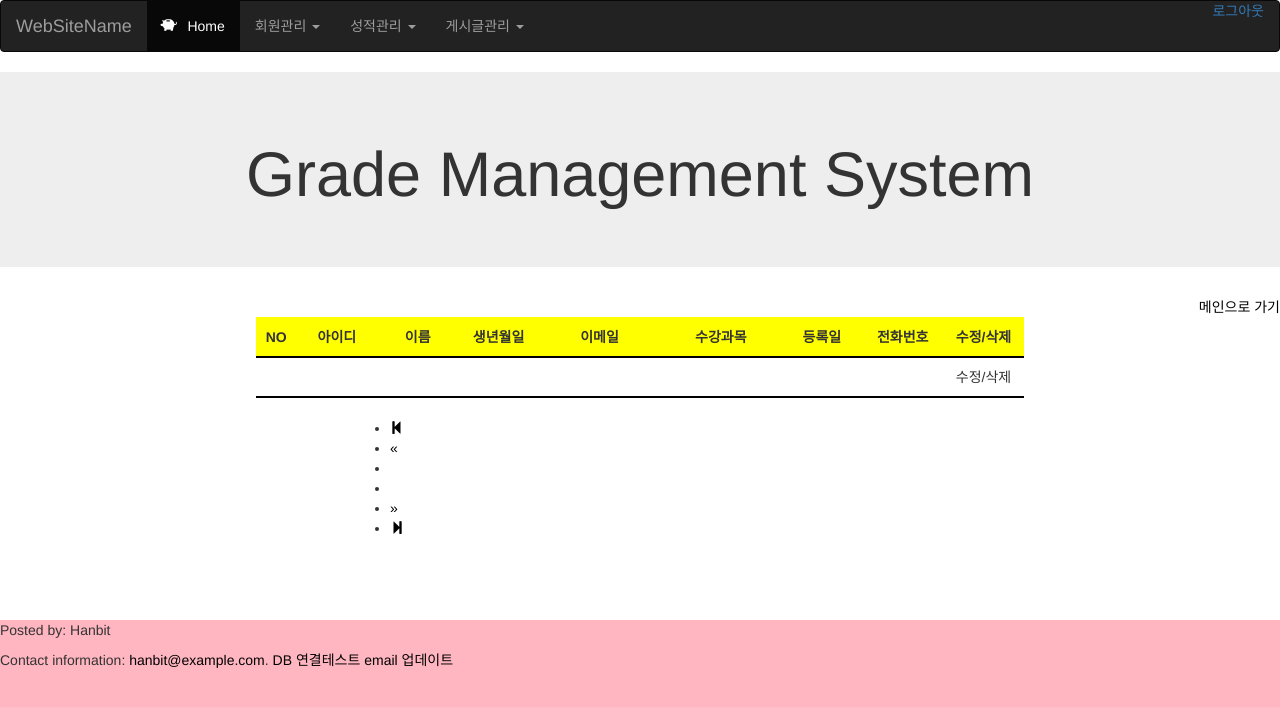
Repository: jeonghyunseok/GMSUI
Page: http://localhost/GMS2/WEB-INF/view/member/member_list.jsp
An editor plug-in stored every save of this project. The page is shown before and after the next save, followed by the edit.
The browser window is 1280 px wide. The pictures show the whole page.
Some web libraries are served in a nearby version. The page is served by Tomcat 9. Nobody is signed in. Other server files are loaded and not shown. The template is opened directly, without the code that normally fills it, so the values that code supplies are empty.

Above is the page before, as saved 2017-08-21 06:54:42.

### GMS2/WebContent/WEB-INF/view/member/member_list.jsp
<%@ page language="java" contentType="text/html; charset=UTF-8"
	pageEncoding="UTF-8"%>

<jsp:include page="../common/common_head.jsp"/>

<div id="container">
	<table id="member_list_tab">
		<tr>
		<th style="width: 5%;">NO</th>
		<th style="width: 10%;">아이디</th>
		<th style="width: 10%;">이름</th>
		<th style="width: 10%;">생년월일</th>
		<th style="width: 15%;">이메일</th>
		<th style="width: 15%;">수강과목</th>
		<th style="width: 10%;">등록일</th>
		<th style="width: 10%;">전화번호</th>
		<th style="width: 10%;">수정/삭제</th>
		</tr>
		<c:forEach var="i" items="${requestScope.list}">
		<tr>
		<td>${i.num}</td>
		<td>${i.id}</td>
		<td >${i.name}</td>
		<td >${i.ssn }</td>
		<td >${i.email}</td>
		<td >${i.title}</td>
		<td >${i.regdate }</td>
		<td >${i.phone }</td>
		<td>수정/삭제</td>
		</tr>
		</c:forEach>
		</table>
		<nav aria-label="Page navigation" style="width: 500px; margin: 0 auto;">
	  <ul class="pagination">
	   <c:if test="${requestScope.prevBlock gt 0}">
	     <li><a href="#"><span class="glyphicon glyphicon-step-backward" aria-hidden="true"></span></a></li>
	    	    <li>
	      <a href="#" aria-label="Previous">
	        <span aria-hidden="true">&laquo;</span>
	      </a>
	    </li>
	    </c:if>
	    <c:forEach varStatus="i" begin="${requestScope.startPage}" end="${requestScope.endPage}" step="1">
	        <c:choose  >

         <c:when  test="${i.index eq requestScope.pageNumber}">
         <li  class="active"><a href="#">${i.index}</a></li>
     	 </c:when>

            <c:otherwise>
          <li ><a onclick="list('member','member_list',${i.index})" >${i.index}</a></li>
     		</c:otherwise>
              </c:choose>

	      </c:forEach>
		<c:if test="${requestScope.nextBlock le requestScope.theNumberOfPages}">
	    <li>
	      <a href="#" aria-label="Next">
	      <span aria-hidden="true">&raquo;</span>
	      </a>
	     </li>
	      <li><a href="#"> <span class="glyphicon glyphicon-step-forward" aria-hidden="true"></span></a></li>
	  </c:if>
	  </ul>
	</nav>
</div>

<jsp:include page="../common/footer.jsp"></jsp:include>

### GMS2/WebContent/WEB-INF/view/common/common_head.jsp
<%@ page language="java" contentType="text/html; charset=UTF-8" pageEncoding="UTF-8"%>

<!DOCTYPE html>
<html>
<head>
<meta charset="UTF-8" name="viewport"
	content="width=device-width, initial-scale=1.0">
<title>Student detail</title>

<link rel="stylesheet" href="${ctx}/resources/css/common.css" />
<link rel="stylesheet" href="${ctx}/resources/css/member.css" />
 <link rel="stylesheet" href="https://maxcdn.bootstrapcdn.com/bootstrap/3.3.7/css/bootstrap.min.css">

 <script src="https://ajax.googleapis.com/ajax/libs/jquery/3.2.0/jquery.min.js"></script>
 <script src="https://maxcdn.bootstrapcdn.com/bootstrap/3.3.7/js/bootstrap.min.js"></script>
</head>
<body>
	<div id="wrapper">
		<header>
	    <jsp:include page="navbar.jsp"></jsp:include>
		<div class="jumbotron text-center">
		<h1>Grade Management System</h1>
        </div>
		</header>
	<a id="go_main" href="/index.jsp">메인으로 가기</a><br />

### GMS2/WebContent/WEB-INF/view/common/navbar.jsp
<%@ page language="java" contentType="text/html; charset=UTF-8" pageEncoding="UTF-8"%>
<nav class="navbar navbar-inverse">
  <div class="container-fluid">
    <div class="navbar-header">
      <a class="navbar-brand" href="#">WebSiteName</a>
    </div>
  	  <ul class="nav navbar-nav">
  	   <li class="active"><a id="nav_move"><span class="glyphicon glyphicon-piggy-bank"></span> &nbsp; Home</a></li>

		<li class="dropdown">
      <a href="#" class="dropdown-toggle"
      	data-toggle="dropdown" role="button"
      	aria-haspopup="true"
      	aria-expanded="false">회원관리 <span class="caret">
      	</span></a>

      	<ul id="navbar_drop_stu" >
   		<li><a >학생추가</a></li>
   		<li><a >학생목록</a></li>
   		<li><a >학생조회</a></li>
   		<li ></li>
   		<li><a >학생삭제</a></li>
      	</ul>
      	</li>

      	<li class="dropdown">
      <a href="#" class="dropdown-toggle"
      	data-toggle="dropdown" role="button"
      	aria-haspopup="true"
      	aria-expanded="false">성적관리 <span class="caret">
      	</span></a>
      	<ul id="navbar_drop_grade">
   		<li><a >성적추가</a></li>
   		<li><a >성적목록</a></li>
   		<li><a >성적조회</a></li>
   		<li ></li>
   		<li><a >성적 삭제</a></li>
      	</ul>
      	</li>

      	<li class="dropdown">
       <a href="#" class="dropdown-toggle"
       	data-toggle="dropdown" role="button"
      	aria-haspopup="true"
      	aria-expanded="false">게시글관리 <span class="caret">
      	</span></a>
      	<ul id="navbar_drop_board" >
   		<li><a >게시글추가</a></li>
   		<li><a >게시글목록</a></li>
   		<li><a >게시글조회</a></li>
   		<li ></li>
   		<li><a >게시글 삭제</a></li>
      	</ul>
      	</li>
   	 </ul>
   		<span class="gms-float-right" style="color:white"> ${sessionScope.user.name} &nbsp;
   		 <a  id="logout" >로그아웃</a></span>
	</div>
</nav>
	<script>

		function logout(dir,page){
		location.href="${ctx}/"+dir+".do?action=move&page="+page;
		return true;
		}

		function moveTo(dir,page){
			location.href="${ctx}/"+dir+".do?action=move&page="+page;
			}

		function deleteTarget(target){
	 		prompt(target+'의 ID?');
	 	}
		function list(dir,page,pageNumber){
			location.href="${ctx}/"+dir+".do?action=list&page="+page+"&pageNumber="+pageNumber;
		}
		function mainLoad(){

			var u1=document.getElementById("main_ul_stu");
		 	var u2=document.getElementById("main_ul_grade");
		 	var u3=document.getElementById("main_ul_board");

		 u1.setAttribute("class","list-group");
		 u2.setAttribute("class","list-group");
		 u3.setAttribute("class","list-group");

		 	var u1c=u1.children;
		 	var u2c=u2.children;
		 	var u3c=u3.children;

		 	var i;
		 	for(i=0;i<u1c.length;i++){
		 		u1c[i].setAttribute("class","list-group-item");
		 	}

		 	for(i=0;i<u2c.length;i++){
		 		u2c[i].setAttribute("class","list-group-item");
		 	}
		 	for(i=0;i<u3c.length;i++){
		 		u3c[i].setAttribute("class","list-group-item");
		 	}

		 	u1c[0].setAttribute("onclick","moveTo('member','member_add')")
		 	u1c[1].setAttribute("onclick","list('member','member_list','1')")
		 	u1c[2].setAttribute("onclick","moveTo('member','member_search')")
		 	u1c[3].setAttribute("onclick","moveTo('member','member_update')")
		 	u1c[4].setAttribute("onclick","deleteTarget('학생')")

		 	u2c[0].setAttribute("onclick","moveTo('grade','grade_add')")
		 	u2c[1].setAttribute("onclick","list('grade','grade_list','1')")
			u2c[2].setAttribute("onclick","moveTo('grade','grade_detail')")
		 	u2c[3].setAttribute("onclick","moveTo('grade','grade_update')")
		 	u2c[4].setAttribute("onclick","deleteTarget('성적')");

		 	u3c[0].setAttribute("onclick","moveTo('board','board_add')")
		 	u3c[1].setAttribute("onclick","list('board','board_list','1')")
		 	u3c[2].setAttribute("onclick","moveTo('board','board_update')")
		 	u3c[3].setAttribute("onclick","deleteTarget('게시글')")

		}

		function navbarLoad(){

			var u1=document.getElementById("navbar_drop_stu");
		 	var u2=document.getElementById("navbar_drop_grade");
		 	var u3=document.getElementById("navbar_drop_board");

		 	var u1c=u1.children;
		 	var u2c=u2.children;
		 	var u3c=u3.children;

		 u1.setAttribute("class","dropdown-menu");
		 u2.setAttribute("class","dropdown-menu");
		 u3.setAttribute("class","dropdown-menu");


			 var nav_move=document.getElementById("nav_move");
		 	nav_move.setAttribute("onclick","moveTo('common','main')");

		 	var logout=document.getElementById("logout");
			 logout.setAttribute("onclick","moveTo('common','index')");


		 	u1c[0].setAttribute("onclick","moveTo('member','member_add')")
		 	u1c[1].setAttribute("onclick","list('member','member_list','1')")
		 	u1c[2].setAttribute("onclick","moveTo('member','member_search')")
		 	u1c[3].setAttribute("role","separator");
		 	u1c[3].setAttribute("class","divider");
		 	u1c[4].setAttribute("onclick","deleteTarget('학생')")

		 	u2c[0].setAttribute("onclick","moveTo('grade','grade_add')")
		 	u2c[1].setAttribute("onclick","list('grade','grade_list','1')")
		 	u2c[2].setAttribute("onclick","moveTo('grade','grade_detail')")
			u2c[3].setAttribute("role","separator");
		 	u2c[3].setAttribute("class","divider");
		 	u2c[4].setAttribute("onclick","deleteTarget('성적')");

		 	u3c[0].setAttribute("onclick","moveTo('board','board_add')")
		 	u3c[1].setAttribute("onclick","list('board','board_list','1')")
		 	u3c[2].setAttribute("onclick","moveTo('board','board_update')")
		 	u3c[3].setAttribute("role","separator");
		 	u3c[3].setAttribute("class","divider");
		 	u3c[4].setAttribute("onclick","deleteTarget('게시글')")

		}
		  	window.onload=navbarLoad();


	</script>

### GMS2/WebContent/WEB-INF/view/common/footer.jsp
<%@ page language="java" contentType="text/html; charset=UTF-8" pageEncoding="UTF-8"%>
<!doctype html>
	<footer>
		<div>
				<p>Posted by: Hanbit</p>
				<p>
					Contact information: <a href="mailto:someone@example.com">
						hanbit@example.com</a>.
				<a href="../jdbctest.jsp">DB 연결테스트</a>
				<a href="../util/update_email.jsp">email 업데이트</a>
				</p>
	</div>
		</footer>
			</div>
					</body>
			</html>

### GMS2/WebContent/resources/css/common.css
@CHARSET "UTF-8";
html, body{height: 100%; margin: 0; padding: 0; border: 0;}
table{border-collapse:collapse;}
#wrapper{position: relative; min-height:100%;padding-bottom:100px;}
footer{position: absolute; bottom: 0; left: 0; width: 100%;  height: 100px;  background-color: lightpink;}
fotter div{width:80%;}
#go_main{float:right}
#container{width:100%; margin:0 auto; }
#text-cen{text-align: center}
#title{text-align:center; margin:0 auto;}
#text-cen{text-align:center;}
.gms-text-center{text-align:center;}
.gms-border-black{border: 1px solid black;}
.gms-width-30pro{width:30%;}
.gms-width-100pro{width:100%;}
.gms-text-deconone{text-decoration: none}
.gms-margine-auto{margin:0 auto}
.gms-list-none{list-style-type:none}
.gms-display-inline{display: inline-block;}
.gms-color-green{color:green}
.gms-backcolor-yellow{background-color:yellow}
.gms-color-blue{color:blue}
.gms-backcolor-red{background-color:#9afafa}
.gms-float-right{float:right}


/* unvisited link */
a:link { color: black;}
/* visited link */
a:visited {color: green;}
/* mouse over link */
a:hover {color: red;}
/* selected link */
a:active {color: blue;}

### GMS2/WebContent/resources/css/member.css
@CHARSET "UTF-8";
@IMPORT "common.css";
/*index.jsp*/
#index-tab{width:75%; margin:80px auto;width:80%;border:2px solid blue}
#index-tab-tr>td{border: 1px solid black; width:30%;padding:30px; text-align:center; text-decoration: none}
#index-tab-tr>th{border: 1px solid black; width:30%; text-align:center; text-decoration: none}
.index-ul{width: 200px;text-decoration: none;list-style-type:none}
.index-ul>li{border: 1px solid black;}
.index-ul>li>a{text-decoration: none; list-style-type:none}
#wrapper{width:100%;}
#index-h1{text-align:center; margin:0 auto;font-size:80px;}
/*login.jsp*/
#login_img{width: 200px;height: 200px; text-align:center;}
#login_id{font-size:20px;width:108px;display: inline-block;}
#login_pass{font-size:20px;display: inline-block;}
#login_botton{width: 150px; background-color:yellow;}
#cancel_botton{width: 150px; background-color:red;}
/*join.jsp*/
#join_id{font-size:20px;width:108px;display: inline-block;}
#join_pass{font-size:20px;display: inline-block;}
#join_name{font-size:20px;width:108px;display: inline-block;}
#join_birth{font-size:15px;width:60px;display: inline-block;}
#join_yes_btn{width:140px ; background-color:green;margin:0 auto;}
#join_no_btn{width:140px ; background-color:red;margin:0 auto;}
#join_form{margin:0 auto;}
/*login_list.jsp*/
#member_list_tab {width:60%;margin:0 auto;}
#member_list_tab th{border-bottom:2px solid black;height:40px;text-align:center;background-color:yellow;}
#member_list_tab td{border-bottom:2px solid black;height:40px;text-align:center;}
/*member_search*/
#member_search_box{width:300px;margin:0 auto;}
/*member_detail*/
#member_detail_tab {width: 60%;margin:0 auto;}
#member_detail_tab tr{border:2px solid black;height:40px;text-align:center;}
#member_detail_tab td{border:2px solid black;height:40px;text-align:center;}

After the next save:
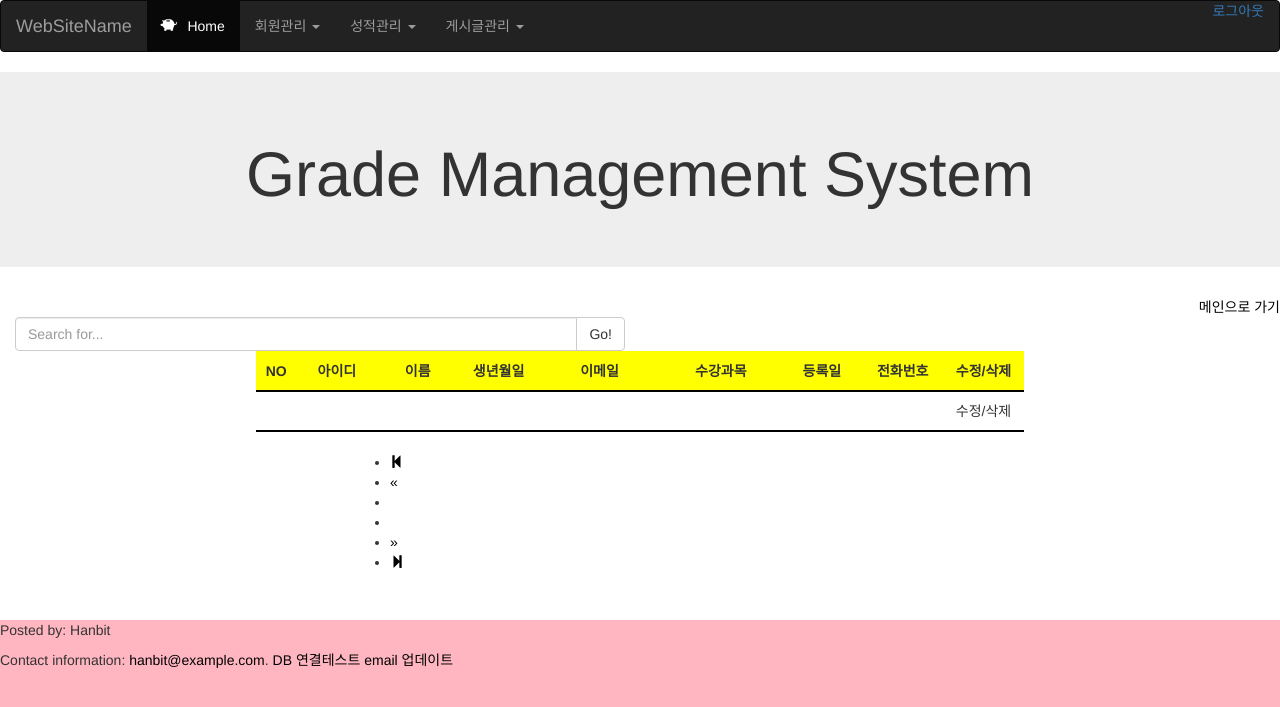
Saved 108 s later.
--- a/GMS2/WebContent/WEB-INF/view/member/member_list.jsp
+++ b/GMS2/WebContent/WEB-INF/view/member/member_list.jsp
@@ -4,6 +4,16 @@
 <jsp:include page="../common/common_head.jsp"/>
 
 <div id="container">
+
+  <div class="col-lg-6">
+    <div class="input-group">
+      <input type="text" class="form-control" placeholder="Search for...">
+      <span class="input-group-btn">
+        <button class="btn btn-default" type="button">Go!</button>
+      </span>
+    </div><!-- /input-group -->
+  </div><!-- /.col-lg-6 -->
+</div><!-- /.row -->
 	<table id="member_list_tab">
 		<tr>
 		<th style="width: 5%;">NO</th>
